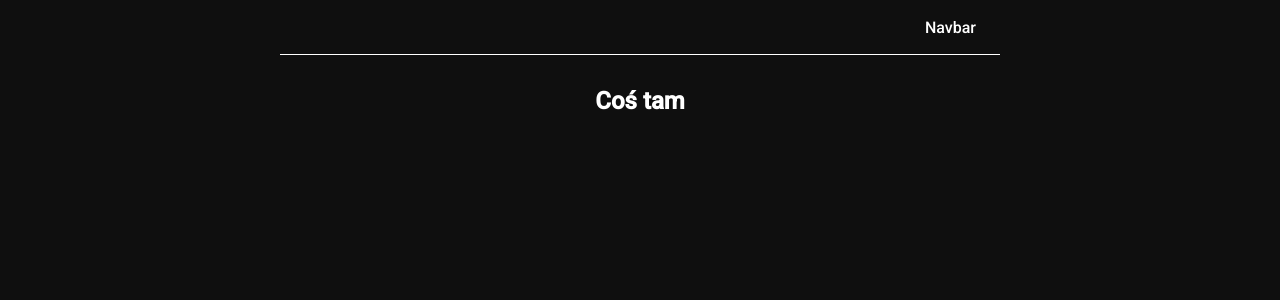
Repository: KrzysKolo/sr_tydzien5_zad3
Page: /
An editor plug-in stored every save of this project. The page is shown before and after the next save, followed by the edit.
The browser window is 1280 px wide. The pictures show the whole page.
The project was rebuilt for these pictures with package versions that can differ from the ones it lists, and the page was loaded fresh each time.

Above is the page before, as saved 2020-12-28 17:40:36.

### public/index.html
<!DOCTYPE html>
<html lang="en">
  <head>
    <meta charset="utf-8" />
    <link rel="icon" href="%PUBLIC_URL%/favicon.ico" />
    <meta name="viewport" content="width=device-width, initial-scale=1" />
    <meta name="theme-color" content="#000000" />
    <meta
      name="description"
      content="Web site created using create-react-app"
    />
    <link rel="apple-touch-icon" href="%PUBLIC_URL%/logo192.png" />
    <!--
      manifest.json provides metadata used when your web app is installed on a
      user's mobile device or desktop. See https://developers.google.com/web/fundamentals/web-app-manifest/
    -->
    <link rel="manifest" href="%PUBLIC_URL%/manifest.json" />
    <!--
      Notice the use of %PUBLIC_URL% in the tags above.
      It will be replaced with the URL of the `public` folder during the build.
      Only files inside the `public` folder can be referenced from the HTML.

      Unlike "/favicon.ico" or "favicon.ico", "%PUBLIC_URL%/favicon.ico" will
      work correctly both with client-side routing and a non-root public URL.
      Learn how to configure a non-root public URL by running `npm run build`.
    -->
    <link rel="preconnect" href="https://fonts.gstatic.com">
    <link href="https://fonts.googleapis.com/css2?family=Poppins:wght@300;400&family=Roboto:wght@500&display=swap" rel="stylesheet">
    <title>Menu nawigacyjne</title>
  </head>
  <body>
    <noscript>You need to enable JavaScript to run this app.</noscript>
    <div id="root"></div>
    <!--
      This HTML file is a template.
      If you open it directly in the browser, you will see an empty page.

      You can add webfonts, meta tags, or analytics to this file.
      The build step will place the bundled scripts into the <body> tag.

      To begin the development, run `npm start` or `yarn start`.
      To create a production bundle, use `npm run build` or `yarn build`.
    -->
  </body>
</html>

### src/App.js
import React from 'react';
import styled from 'styled-components';
import './App.css';
import Navbar from './components/navbar/Navbar';

const AppContainer = styled.div`
  width: 100vw;
  height: 100vh;
  display: flex;
  flex-direction: column;
  align-items: center;
  background-color: rgba(15, 15, 15, 1);
  color: #fff;
`;
const InnerContainer = styled.div`
  width: 100%;
  display: flex;
  flex-direction: column;
  align-items: center;
  padding: 2rem;
`;
const SomeContent = styled.h2`
  color: #fff;
`;
const App = () => {
  return (
    <div className="App">
      <AppContainer>
        <Navbar />
        <InnerContainer>
          <SomeContent>Coś tam</SomeContent>
        </InnerContainer>
      </AppContainer>
    </div>
  )
}

export default App;

### src/App.css
* {
  box-sizing: border-box;
  padding: 0;
  margin: 0;
}
body {
  font-family: "Roboto", sans-serif;
}

### src/components/navbar/Navbar.js
import React from 'react';
import styled from 'styled-components';

const NavbarContainer = styled.div`
    width: 100vh;
    height: 55px;
    border-bottom: 1px solid #fff;
    display: flex;
    flex-direction: row-reverse;
    align-items: center;
    padding: 0 1.5rem;
`;
const Navbar = (props) => {
    return (
        <NavbarContainer>
            Navbar
        </NavbarContainer>
    )
}

export default Navbar;

Loaded but not shown: src/index.js (common file); src/index.css (common file)

After the next save:
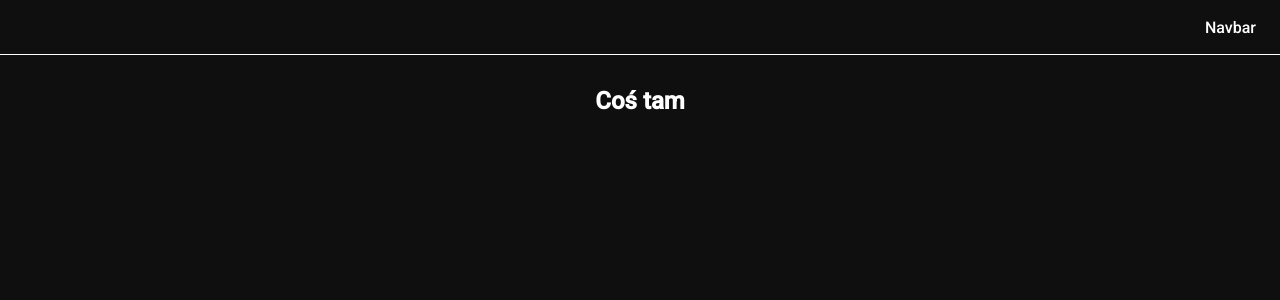
Saved 2 min 27 s later.
--- a/src/components/navbar/Navbar.js
+++ b/src/components/navbar/Navbar.js
@@ -2,7 +2,7 @@ import React from 'react';
 import styled from 'styled-components';
 
 const NavbarContainer = styled.div`
-    width: 100vh;
+    width: 100vw;
     height: 55px;
     border-bottom: 1px solid #fff;
     display: flex;
